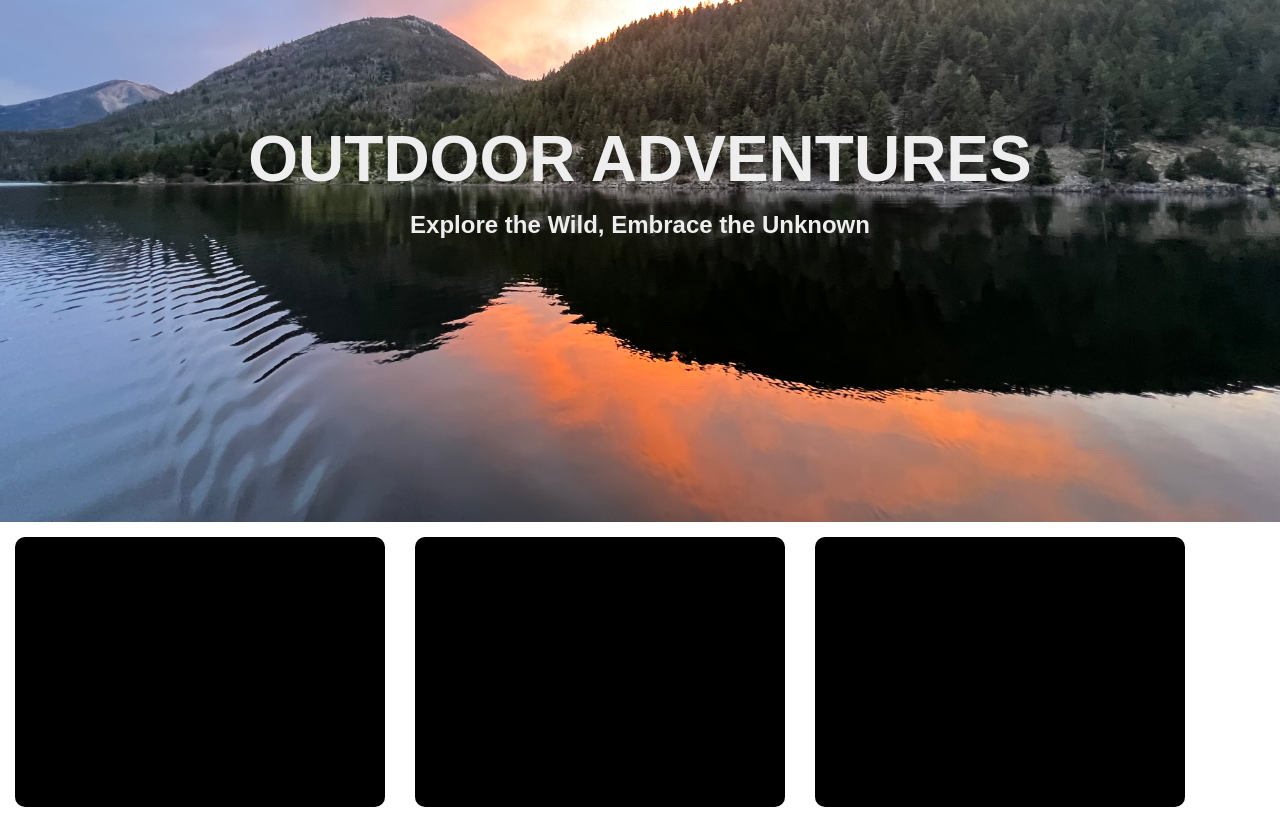
Repository: iforgotmylogin/WebDesignFinal
Page: index.html
An editor plug-in stored every save of this project. The page is shown before and after the next save, followed by the edit.
The browser window is 1280 px wide. The pictures show the part of the page from y = 290 to 1242 px (the page is 1112 px tall before and 1242 px after).
A picture or video elsewhere on the page could not be fetched, so the positions and the page height are approximate.

Above is the page before, as saved 2024-04-07 17:38:44.

### index.html
<!DOCTYPE html>
<html lang="en">
<head>
    <link rel="stylesheet" href="css/global.css">
    <link rel="stylesheet" href="css/navbar.css">
    <link rel="stylesheet" href="css/dropdown.css">
    <link rel="stylesheet" href="https://cdn.jsdelivr.net/npm/aos@2.3.4/dist/aos.css">
    <link rel="stylesheet" href="css/homepage.css">
    <meta http-equiv="X-UA-Compatible" content ="IE=edge">
    <meta charset="UTF-8">
    <meta name="viewport" content="width=device-width, initial-scale=1.0">
    <title>Outdoor Adventures</title>
</head>
<body>
    <header>
        <a href="#"><img src="images/outdoor-adventure-logo-color.png" alt="Logo" class="logo"></a>
       <nav>
        <ul>
            <li>
                <a href="#">About</a>
            </li>
            <li class="dropdown">
                <a href="html/Booking.html">Booking</a>
                <div class="dropdown-content">
                    <a href="#">Hunting</a>
                    <a href="#">Fishing</a>
                    <a href="#">Shooting</a>
                    <a href="#">ATV Rental</a>
                </div>
            </li>
            <li>
                <a href="html/Reviews.html">Reviews</a>
            </li>
            <li>
                <a href="#">Careers</a>
            </li>
            <li>
                <a href="#">Contact</a>
            </li>
        </ul>
    </nav>



    </header>
    <main class="hero_image">
        <h1>Outdoor Adventures</h1>
        <h2>Explore the Wild, Embrace the Unknown</h2>
    </main>

    <div class="box Hunting">

    </div>

    <div class="box Fishing">

    </div>

    <div class="box Shooting">

    </div>


    <!-- Use <div data-aos="fade-up"><div> for really cool animations that use this java script!! -->
    <script src="https://cdn.jsdelivr.net/npm/aos@2.3.4/dist/aos.js"></script>
    <script>
      AOS.init();
    </script>
</body>
</html>

### css/global.css
*{
    font-family: Arial, Helvetica, sans-serif;
}
.hero_image{
    position: absolute;
    z-index: 1;
    margin: 0 auto;
    justify-content: center;
    top: 0px;
    padding: 50px;
    height: 600px;
    position: relative;
    background-image: url("../images/IMG_0679.jpeg");
    background-size: cover;
    background-position: center;
}

.hero_image h1{
    font-size: 400%;
    color: #eee;
    text-transform: uppercase;
    text-align: center;
    margin: 250px 0 auto;
}

.hero_image h2{
    margin: 15px 0 auto;
    text-align: uppercase;
    text-align: center;
    color:#eee;
}

h1.global{
    text-align: center;
}

#usrReview_1{
    outline: 2px solid red; /*This is for "debugging" where the div is and how it's behaving*/

    padding: 30px;
}

#userPfp{
    float: left;
    max-width: 90%;
    width: 200px;
    margin-right: 10px; /* adds some spacing between the image and the text*/

}

### css/navbar.css
body{
    margin:0px;
}


header{
    display: flex;
    justify-content: space-between;
    background-color: #eee;
    border-bottom: 5px white;
    box-shadow: 0 0 5px rgba(0,0,0,.2);
}

header .logo{
    height: 100px;
    padding:4px;
}

header nav{
    display: flex;
    align-items: center;
}
header nav ul{
    margin: 0px;
    padding: 0px;
    text-align: right;
    display: flex;
    width: 100%;
    justify-content: end;
}
header nav ul li{
    list-style-type: none;
}

header nav ul li a{
  text-decoration: none;
  color: #666;
  font-weight: bold;
  font-size:15px;
  text-transform:uppercase;
  font-family:Helvetica, sans-serif;
  padding:49px 30px;
  transition: all .3s linear;
}
header nav ul li a:hover{
    background-color:teal;
    color:white;
}

header nav ul li a.active{
    background-color: burlywood;
}

### css/dropdown.css
.dropbtn {
    background-color: #eee;
    color: white;
    padding: 16px;
    font-size: 16px;
    border: none;
  }

  .dropdown {
    align-items: center;
    display: inline-block;
  }

  .dropdown-content {
    display: none;
    position:absolute;
    background-color: #eee;
    min-width: 136px;
    box-shadow: 0px 8px 16px 0px rgba(0,0,0,0.2);
    z-index: 1;
    top: 14%;
  }

  /* Links inside the dropdown */
  .dropdown-content a {
    color: black;
    padding: 12px 16px;
    text-decoration: none;
    text-align: center;
    display: block;
  }

  .dropdown-content a:hover {background-color: teal;}

  .dropdown:hover .dropdown-content {display: block;}

  .dropdown:hover .dropbtn {background-color: teal;}

### css/homepage.css
*{
    margin:0;
    padding:0;
}
.container{
    position:relative;
    width: 100%;
    height: auto;
    margin: 240px auto;
}
.box{
    position: relative;
    width: calc(400px - 30px);
    height: calc(300px - 30px);
    background:#000;
    float:left;
    margin: 15px;
    box-sizing: border-box;
    overflow: hidden;
    border-radius: 10px;

}

After the next save:
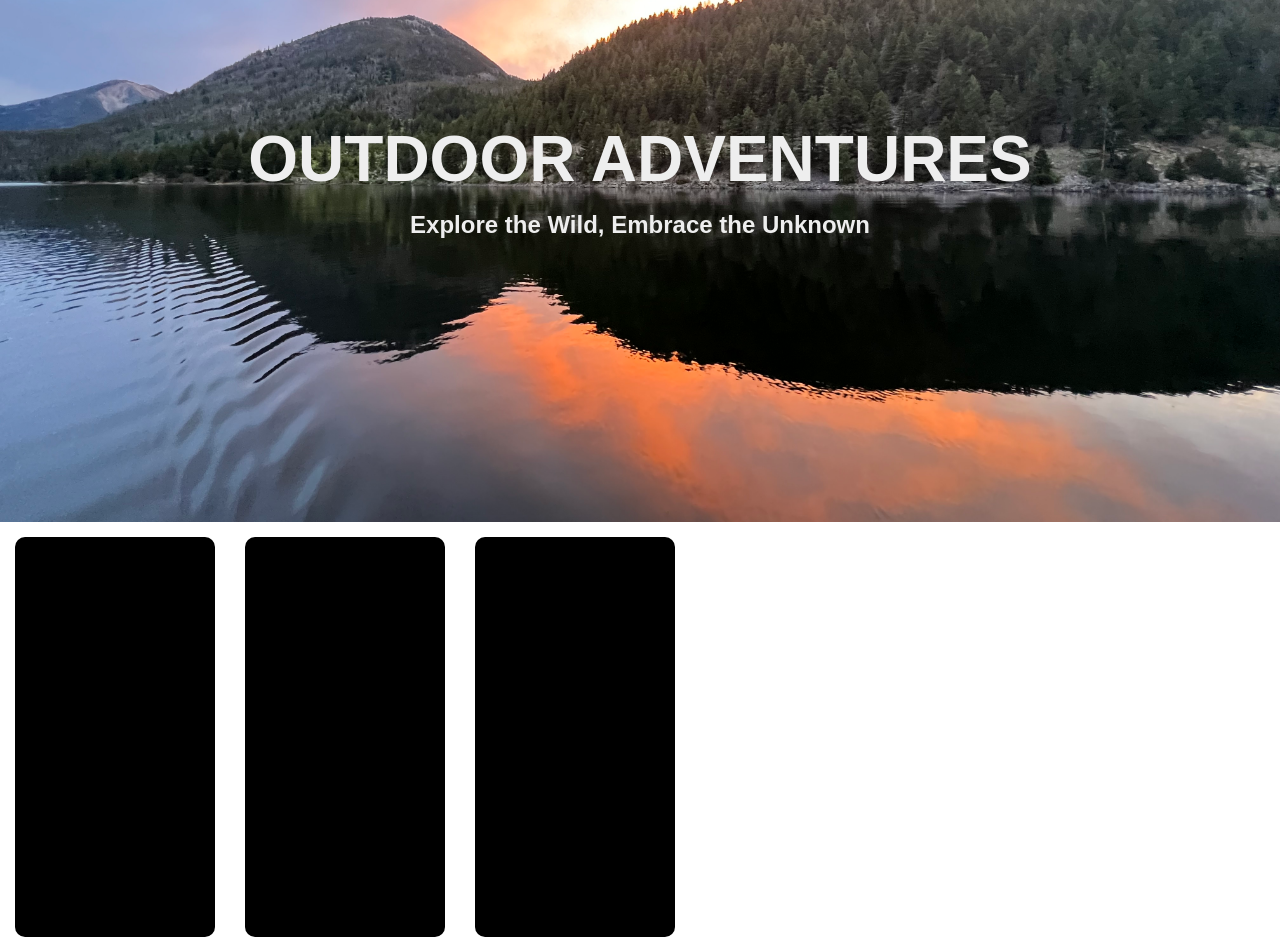
Saved 59 s later.
--- a/css/homepage.css
+++ b/css/homepage.css
@@ -10,8 +10,8 @@
 }
 .box{
     position: relative;
-    width: calc(400px - 30px);
-    height: calc(300px - 30px);
+    width: 200px;
+    height: 400px;
     background:#000;
     float:left;
     margin: 15px;
